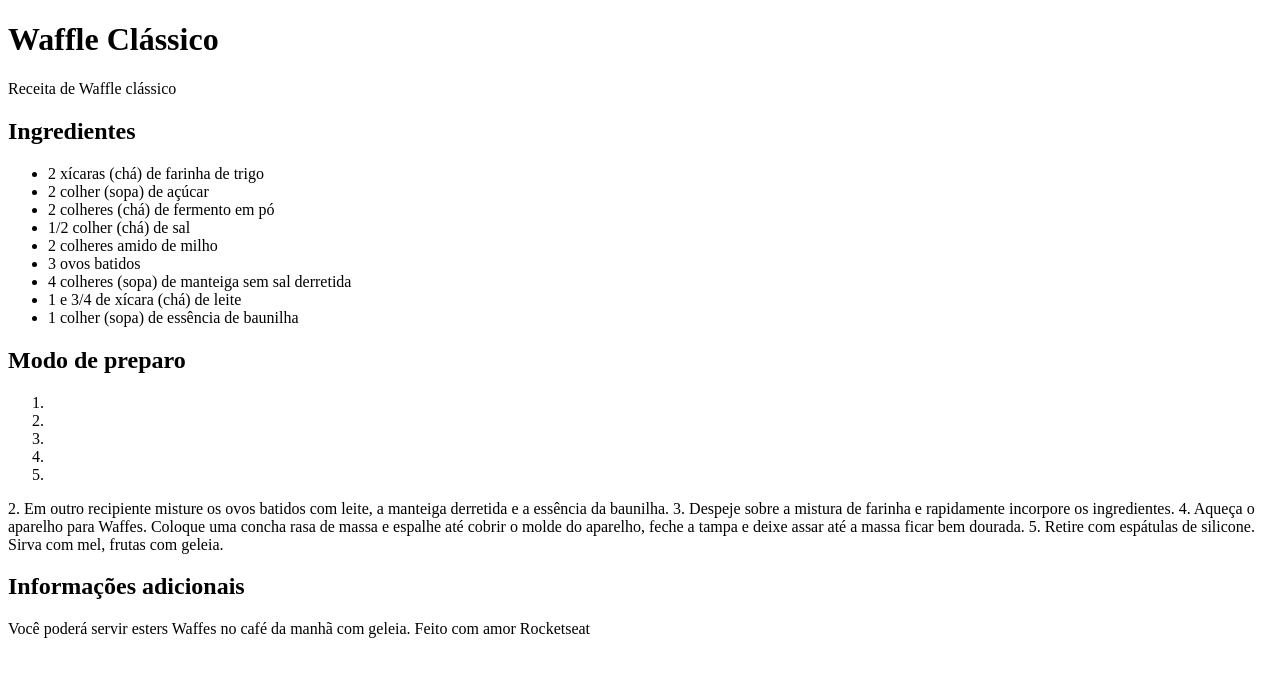
Repository: mferoc/MentoriaMais1CodeG7
Page: desafios-rocketseat-discover/Pagina_de_Receita/Página de Receita/index.html
These files come from the project's save history. The page is drawn as it stood at one moment and after the next save; the edit follows.
The browser window is 1280 px wide. The pictures show the whole page.

Above is the page before, as saved 2022-06-29 20:31:59.

After the next save:
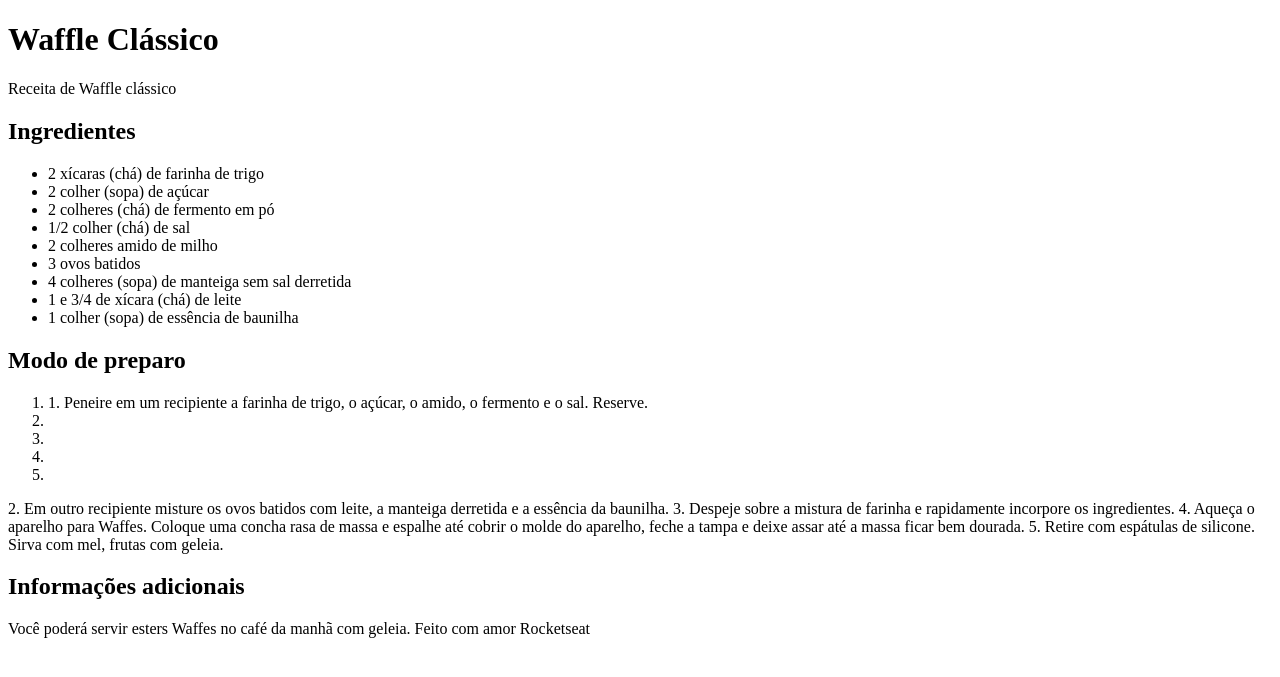
Saved 5 s later.
--- a/desafios-rocketseat-discover/Pagina_de_Receita/Página de Receita/index.html
+++ b/desafios-rocketseat-discover/Pagina_de_Receita/Página de Receita/index.html
@@ -30,7 +30,7 @@
 <h2>Modo de preparo</h2>
 
 <ol>
-    <li></li>
+    <li>1. Peneire em um recipiente a farinha de trigo, o açúcar, o amido, o fermento e o sal. Reserve.</li>
     <li></li>
     <li></li>
     <li></li>
